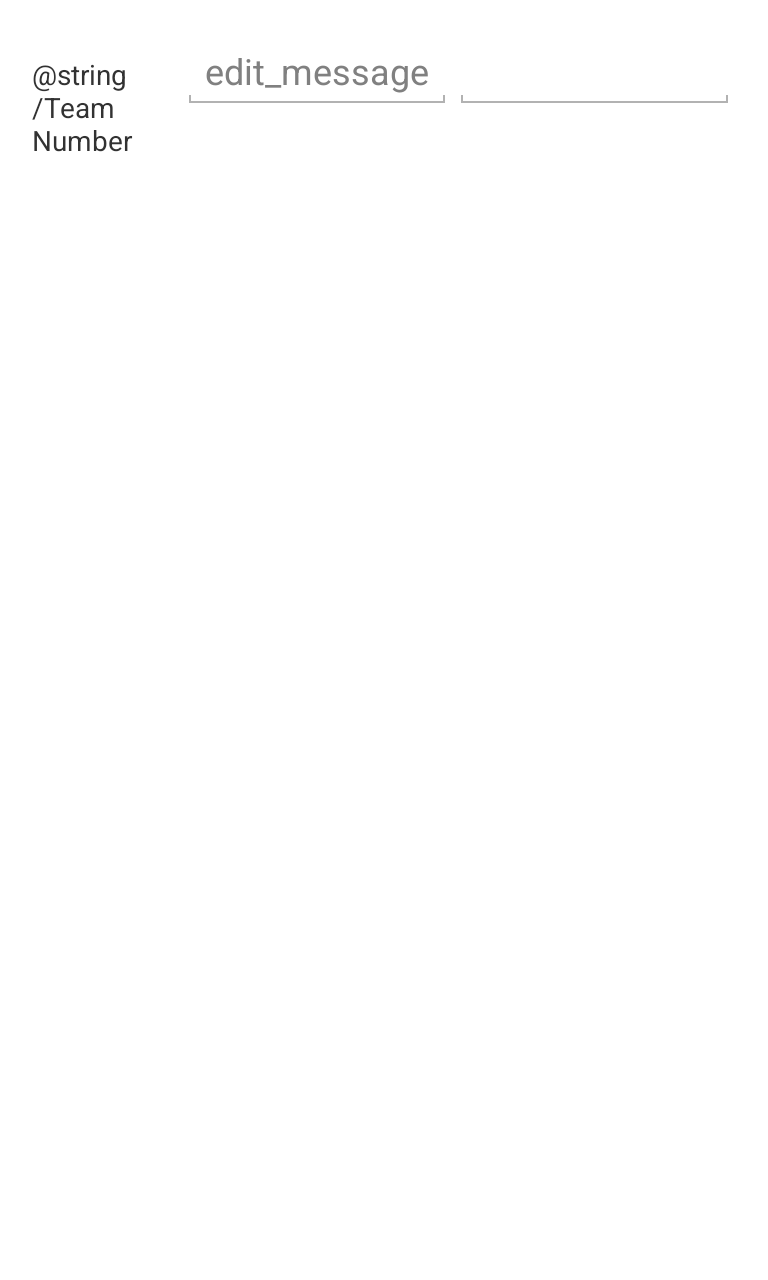
Repository: lmrobotics/linn-mar-robotics
Layout: 2013_14/Android/raflood/workspace/FTCScout/res/layout/activity_main.xml
An editor plug-in stored every save of this project. The layout is shown before and after the next save, followed by the edit.
It is drawn on a 768 x 1280 px phone screen (xhdpi) without system bars, with theme AppTheme; the app's code is not run.

Above is the layout before, as saved 2013-10-17 12:38:20.

### 2013_14/Android/raflood/workspace/FTCScout/res/layout/activity_main.xml
<LinearLayout xmlns:android="http://schemas.android.com/apk/res/android"
    xmlns:tools="http://schemas.android.com/tools"
    android:layout_width="match_parent"
    android:layout_height="match_parent"
    android:orientation="horizontal"
    android:paddingBottom="@dimen/activity_vertical_margin"
    android:paddingLeft="@dimen/activity_horizontal_margin"
    android:paddingRight="@dimen/activity_horizontal_margin"
    android:paddingTop="@dimen/activity_vertical_margin"
    tools:context=".MainActivity" >

    <TextView
        android:id="@+id/textView1"
        android:layout_width="wrap_content"
        android:layout_height="wrap_content"
        android:layout_weight="1"
        android:text="@string/Team Number" />

    <EditText android:id="@+id/edit_message"
        android:layout_width="wrap_content"
        android:layout_height="wrap_content"
        android:hint="edit_message" />

    <EditText
        android:id="@+id/editText1"
        android:layout_width="wrap_content"
        android:layout_height="wrap_content"
        android:layout_weight="1"
        android:ems="10"
        android:inputType="numberDecimal" />

</LinearLayout>

Loaded but not shown: 2013_14/Android/raflood/workspace/FTCScout/res/values/styles.xml (common file); 2013_14/Android/raflood/workspace/FTCScout/res/values-v11/styles.xml (common file); 2013_14/Android/raflood/workspace/FTCScout/res/values-v14/styles.xml (common file); 2013_14/Android/raflood/workspace/FTCScout/res/values/dimens.xml (common file)

After the next save:
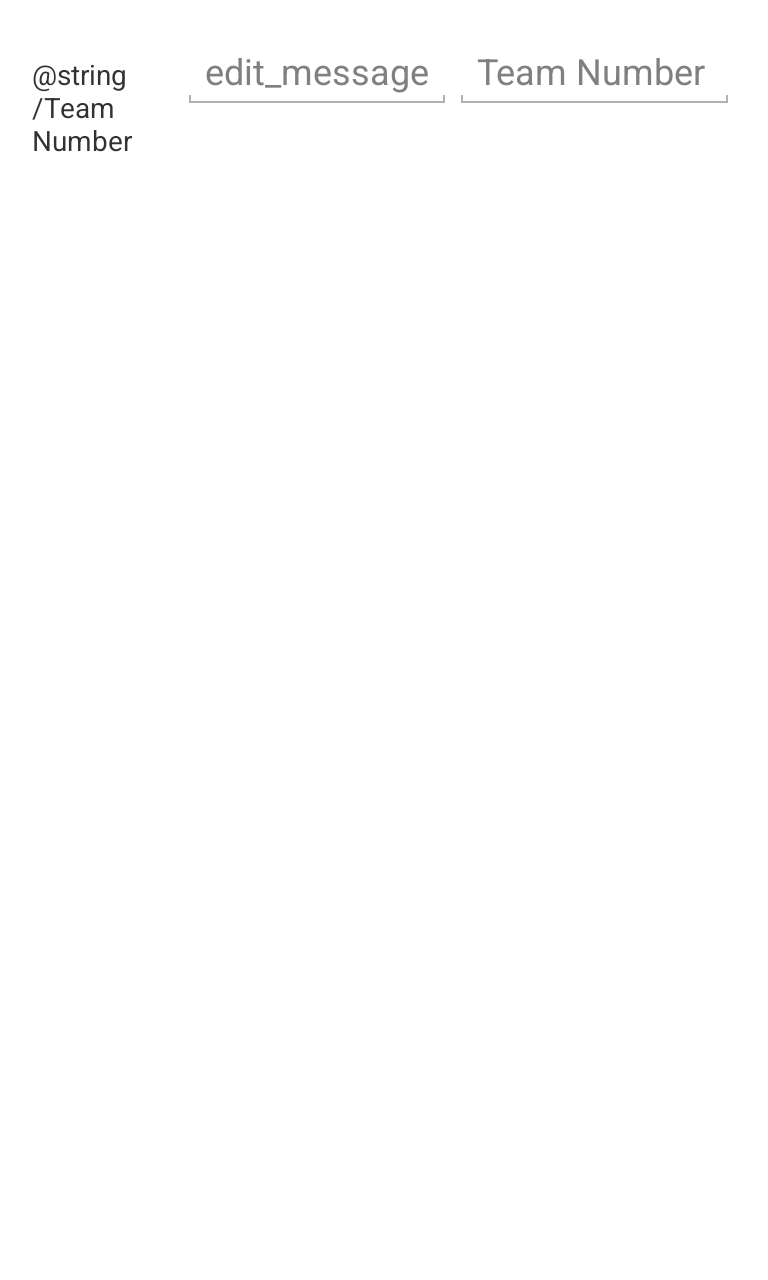
Saved 5 min 13 s later.
--- a/2013_14/Android/raflood/workspace/FTCScout/res/layout/activity_main.xml
+++ b/2013_14/Android/raflood/workspace/FTCScout/res/layout/activity_main.xml
@@ -27,6 +27,7 @@
         android:layout_height="wrap_content"
         android:layout_weight="1"
         android:ems="10"
+        android:hint="Team Number"
         android:inputType="numberDecimal" />
 
 </LinearLayout>
